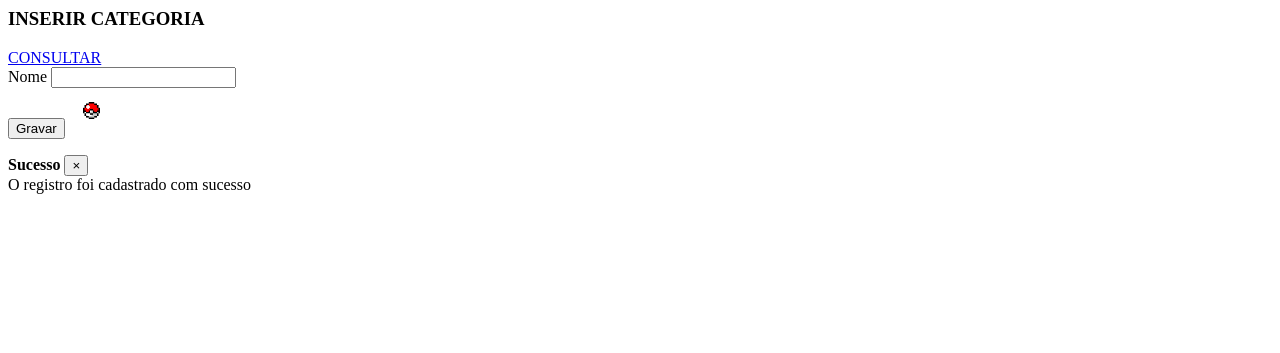
Repository: leobritto-sudo/pokemon-center
Page: http://localhost/App/Views/manager/category-create.phtml
These files come from the project's save history. The page is drawn as it stood at one moment and after the next save; the edit follows.
The browser window is 1280 px wide. The pictures show the whole page.
The page is run by PHP 8.4 with error messages shown; the project is at /var/www/html/.

Above is the page before, as saved 2022-11-16 20:49:55.

### App/Views/manager/category-create.phtml
<div class="container py-4">
    <header>
        <h3 class="font-weight-bold text-dark"><i class="fas fa-certificate pr-1"></i> INSERIR CATEGORIA</h3>
        <a href="/category-consult" class="btn btn-info btn-sm font-weight-bold mt-3">
            <i class="fas fa-file-alt pr-1"></i> CONSULTAR
        </a>
    </header>

    <form id="create-category" action="/add-category" method="POST" class="mt-3">
        <div class="form-group">
            <label for="nome">Nome</label>
            <input type="text" id="nome" name="nome" class="form-control w-50" required>
        </div>
        <div class="form-group">
            <input type="submit" value="Gravar" class="btn btn-outline-success">
            <img id="ajax_load" src="/assets/imgs/load.gif" alt="Load gif" width="45" class="d-none">
        </div>
    </form>

    <div class="toast-wrapper d-none">
        <div class="toast" role="alert">
            <div class="toast-header bg-success">
                <strong class="mr-auto">Sucesso</strong>
                <button type="button" class="ml-2 mb-1 close" data-dismiss="toast" aria-label="Close">
                    <span aria-hidden="true">&times;</span>
                </button>
            </div>
            <div class="toast-body">
                O registro foi cadastrado com sucesso
            </div>
        </div>
    </div>

</div>

After the next save:
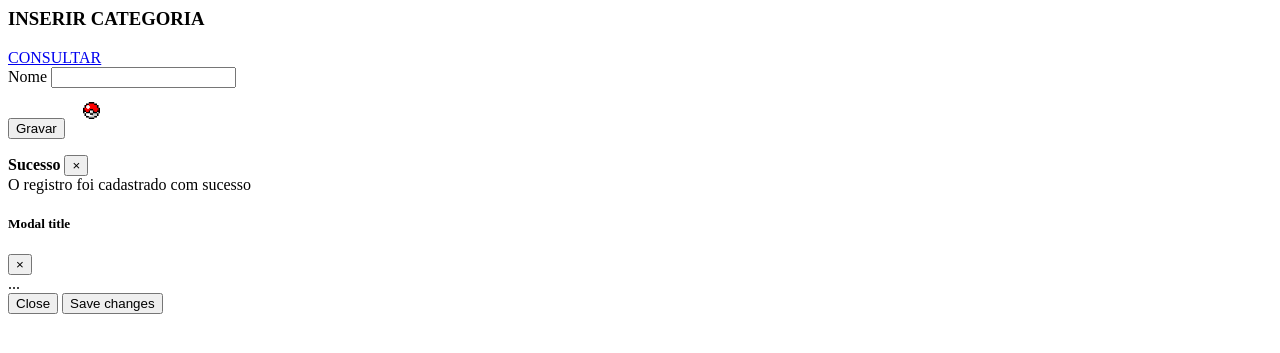
Saved 4 min 12 s later.
--- a/App/Views/manager/category-create.phtml
+++ b/App/Views/manager/category-create.phtml
@@ -21,7 +21,7 @@
         <div class="toast" role="alert">
             <div class="toast-header bg-success">
                 <strong class="mr-auto">Sucesso</strong>
-                <button type="button" class="ml-2 mb-1 close" data-dismiss="toast" aria-label="Close">
+                <button type="button" class="ml-2 mb-1 close" aria-label="Close">
                     <span aria-hidden="true">&times;</span>
                 </button>
             </div>
@@ -31,4 +31,24 @@
         </div>
     </div>
 
+    <div class="modal fade" id="deleteModal" tabindex="-1" role="dialog" aria-labelledby="exampleModalCenterTitle" aria-hidden="true">
+        <div class="modal-dialog modal-dialog-centered" role="document">
+            <div class="modal-content">
+                <div class="modal-header">
+                    <h5 class="modal-title" id="exampleModalLongTitle">Modal title</h5>
+                    <button type="button" class="close" data-dismiss="modal" aria-label="Close">
+                        <span aria-hidden="true">&times;</span>
+                    </button>
+                </div>
+                <div class="modal-body">
+                    ...
+                </div>
+                <div class="modal-footer">
+                    <button type="button" class="btn btn-secondary" data-dismiss="modal">Close</button>
+                    <button type="button" class="btn btn-primary">Save changes</button>
+                </div>
+            </div>
+        </div>
+    </div>
+
 </div>

After the save that followed:
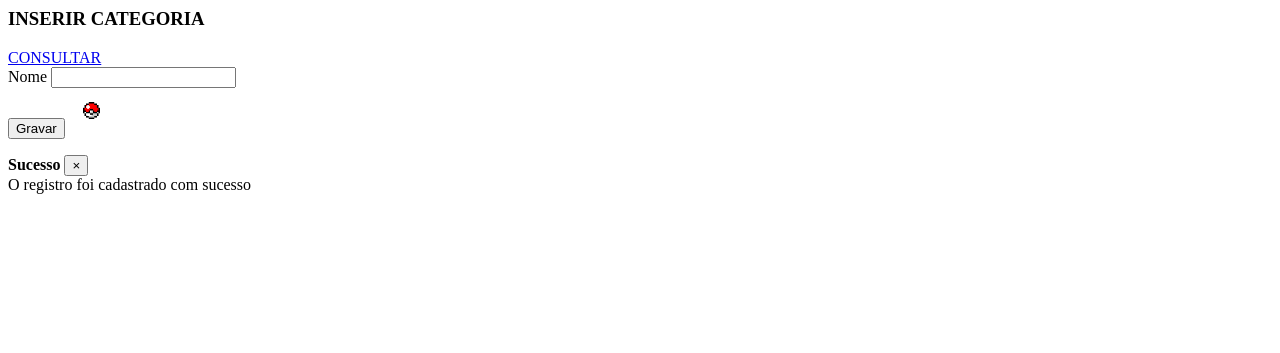
Saved 11 s later.
--- a/App/Views/manager/category-create.phtml
+++ b/App/Views/manager/category-create.phtml
@@ -31,24 +31,4 @@
         </div>
     </div>
 
-    <div class="modal fade" id="deleteModal" tabindex="-1" role="dialog" aria-labelledby="exampleModalCenterTitle" aria-hidden="true">
-        <div class="modal-dialog modal-dialog-centered" role="document">
-            <div class="modal-content">
-                <div class="modal-header">
-                    <h5 class="modal-title" id="exampleModalLongTitle">Modal title</h5>
-                    <button type="button" class="close" data-dismiss="modal" aria-label="Close">
-                        <span aria-hidden="true">&times;</span>
-                    </button>
-                </div>
-                <div class="modal-body">
-                    ...
-                </div>
-                <div class="modal-footer">
-                    <button type="button" class="btn btn-secondary" data-dismiss="modal">Close</button>
-                    <button type="button" class="btn btn-primary">Save changes</button>
-                </div>
-            </div>
-        </div>
-    </div>
-
 </div>
